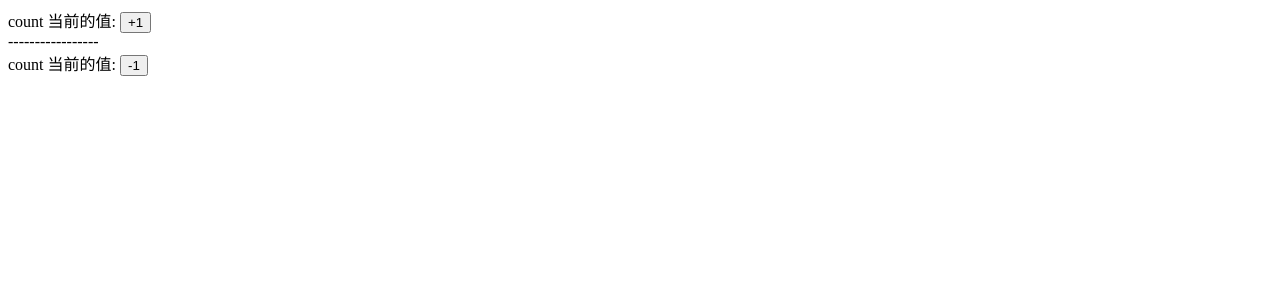
Repository: minika1020/miniprogram
Page: / (app in Desktop/vuex/vuex_demo/)
These files come from the project's save history. The page is drawn as it stood at one moment and after the next save; the edit follows.
The browser window is 1280 px wide. The pictures show the whole page.
The project was rebuilt for these pictures with package versions that can differ from the ones it lists, and the page was loaded fresh each time.

Above is the page before, as saved 2021-03-18 11:36:42.

### Desktop/vuex/vuex_demo/src/App.vue
<template>
  <div>
    <my-add></my-add>
    -----------------
    <my-sub></my-sub>
  </div>
</template>

<script>
import Add from './components/add.vue'
import Sub from './components/sub.vue'

export default {
  name: 'App',
  components: {
    'my-add': Add,
    'my-sub': Sub
  }
}
</script>

### Desktop/vuex/vuex_demo/src/components/add.vue
<template>
  <div>
    count 当前的值:
    <button>+1</button>
  </div>
</template>

### Desktop/vuex/vuex_demo/src/components/sub.vue
<template>
  <div>
    count 当前的值:
    <button>-1</button>
  </div>
</template>

Loaded but not shown: Desktop/vuex/vuex_demo/public/index.html (common file); Desktop/vuex/vuex_demo/src/main.js (common file); Desktop/vuex/vuex_demo/src/store/index.js (common file)

After the next save:
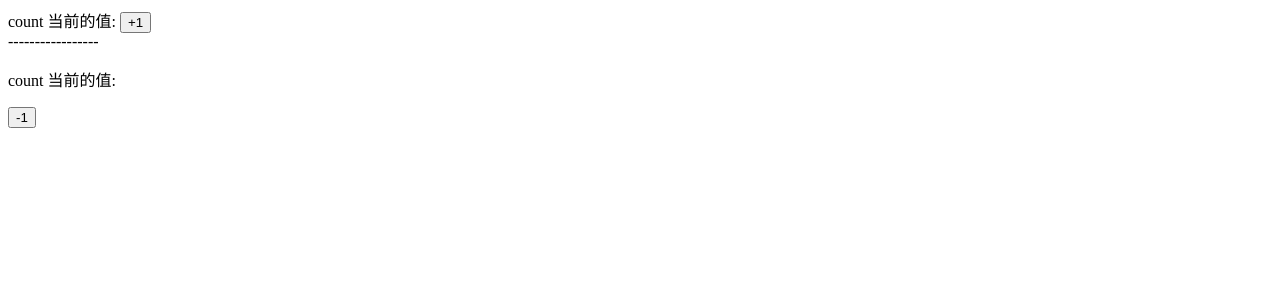
Saved 29 s later.
--- a/Desktop/vuex/vuex_demo/src/components/sub.vue
+++ b/Desktop/vuex/vuex_demo/src/components/sub.vue
@@ -1,6 +1,6 @@
 <template>
   <div>
-    count 当前的值:
+    <p> count 当前的值:</p>
     <button>-1</button>
   </div>
 </template>
